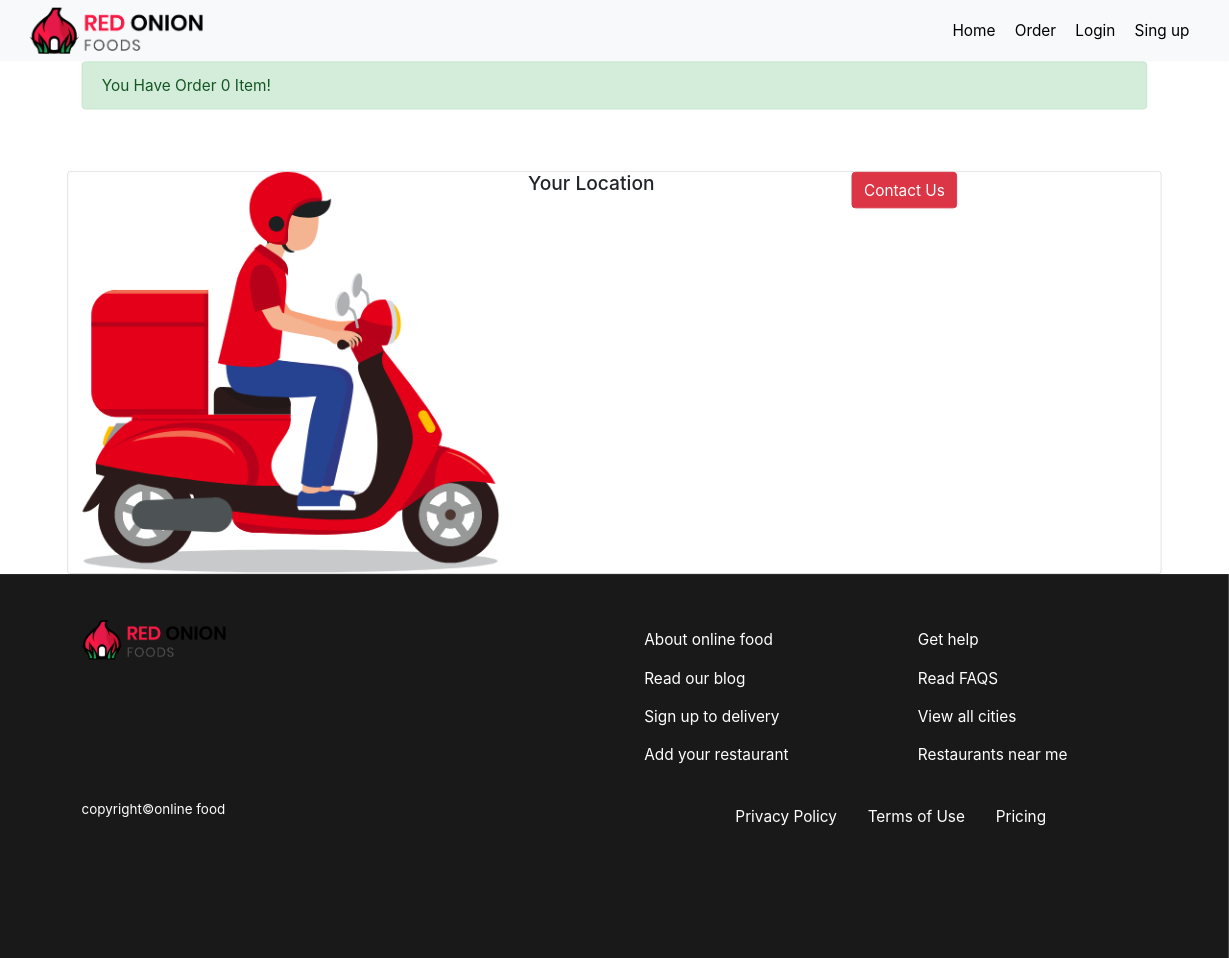
Repository: arif286/red-onion-client
Page: /order
These files come from the project's save history. The page is drawn as it stood at one moment and after the next save; the edit follows.
The browser window is 1280 px wide. The pictures show the whole page, at 96% of full size.
The page's requests for data from a server got no answer. The project was rebuilt for these pictures with package versions that can differ from the ones it lists, and the page was loaded fresh each time. Some packages were replaced by stand-ins written for this rebuild. No one was signed in, and anything a server would have sent is missing. Also part of the build but not shown: src/App.css, src/components/CheckOut/CheckOut.css, src/components/CheckOut/CheckOutForm/CheckOutFrom.js, src/components/CheckOut/CheckOut.js, src/components/SearchBar/SearchBar.css, src/components/SearchBar/SearchBar.js, src/components/FoodDetails/FoodDetail.css, src/components/FoodDetails/FoodDetail.js and 12 more. Imported but missing from the stored project, and not drawn on this page: src/components/CheckOut/Map/Map.

Above is the page before, as saved 2021-04-06 04:41:46.

### public/index.html
<!DOCTYPE html>
<html lang="en">
  <head>
    <meta charset="utf-8" />
    <link rel="icon" href="%PUBLIC_URL%/favicon.ico" />
    <meta name="viewport" content="width=device-width, initial-scale=1" />
    <meta name="theme-color" content="#000000" />
    <meta
      name="description"
      content="Web site created using create-react-app"
    />
    <link rel="apple-touch-icon" href="%PUBLIC_URL%/logo192.png" />
    <!--
      manifest.json provides metadata used when your web app is installed on a
      user's mobile device or desktop. See https://developers.google.com/web/fundamentals/web-app-manifest/
    -->
    <link rel="manifest" href="%PUBLIC_URL%/manifest.json" />

    <!-- <link
      href="https://api.tiles.mapbox.com/mapbox-gl-js/v2.1.1/mapbox-gl.css"
      rel="stylesheet"
    /> -->
    <!--
      Notice the use of %PUBLIC_URL% in the tags above.
      It will be replaced with the URL of the `public` folder during the build.
      Only files inside the `public` folder can be referenced from the HTML.

      Unlike "/favicon.ico" or "favicon.ico", "%PUBLIC_URL%/favicon.ico" will
      work correctly both with client-side routing and a non-root public URL.
      Learn how to configure a non-root public URL by running `npm run build`.
    -->
    <title>Red Onion</title>
  </head>
  <body>
    <noscript>You need to enable JavaScript to run this app.</noscript>
    <div id="root"></div>
    <!--
      This HTML file is a template.
      If you open it directly in the browser, you will see an empty page.

      You can add webfonts, meta tags, or analytics to this file.
      The build step will place the bundled scripts into the <body> tag.

      To begin the development, run `npm start` or `yarn start`.
      To create a production bundle, use `npm run build` or `yarn build`.
    -->
  </body>
</html>

### src/App.js
import "bootstrap/dist/css/bootstrap.min.css";
import React, { createContext, useState } from "react";
import { BrowserRouter as Router, Route, Switch } from "react-router-dom";
import './App.css';
import CheckOut from "./components/CheckOut/CheckOut";
import Map from "./components/CheckOut/Map/Map";
import FoodDetail from "./components/FoodDetails/FoodDetail";
import Footer from "./components/Footer/Footer";
import Header from "./components/Header/Header";
import Home from './components/Home/Home';
import Login from "./components/LogIn/Login";
import Order from "./components/Order/Order";
import SingUp from "./components/SingUp/SingUp";


export const UserContext = createContext();
function App() {
  const [loggedInUser, setLoggedInUser] = useState({});
  return (
    <UserContext.Provider value={[loggedInUser, setLoggedInUser]}>
      <Router>
        <Header />
        <Switch>
          <Route path="/home">
            <Home />
          </Route>
          <Route path="/signUp">
            <SingUp />
          </Route>
          <Route path="/login">
            <Login />
          </Route>
          <Route path="/food/details/:foodId">
            <FoodDetail />
          </Route>
          <Route path='/checkOut'>
            <CheckOut/>
          </Route>
          <Route path='/order'>
            <Order/>
          </Route>
          <Route path='/map'>
            <Map/>
          </Route>
          <Route exact path="/">
            <Home/>
          </Route>
        </Switch>
        <Footer />
      </Router>
    </UserContext.Provider>
  );

}

export default App;

### src/components/Footer/Footer.js
import React from 'react';
import { NavLink } from 'react-bootstrap';
import Logo from '../../onion-restaurent/logo2.png';
import './Footer.css';

const Footer = () => {
    return (
      <footer>
        <div className="container">
          <div className="row pt-5">
            <div className="col-md-6 col-sm-12 pb-4">
              <img className="footer-img" src={Logo} alt="" />
            </div>
            <div className="col-md-3 col-sm-12 pb-4">
              <ul className="nav flex-column">
                <li className="nav-item">
                  <NavLink
                    className="nav-link active footer-link"
                    aria-current="page"
                    to="/"
                  >
                    About online food
                  </NavLink>
                </li>
                <li className="nav-item">
                  <NavLink className="nav-link footer-link" to="/">
                    Read our blog
                  </NavLink>
                </li>
                <li className="nav-item">
                  <NavLink className="nav-link footer-link" to="/">
                    Sign up to delivery
                  </NavLink>
                </li>
                <li className="nav-item">
                  <NavLink className="nav-link footer-link" to="/">
                    Add your restaurant
                  </NavLink>
                </li>
              </ul>
            </div>
            <div className="col-md-3 col-sm-12 pb-4">
              <ul className="nav flex-column">
                <li className="nav-item">
                  <NavLink
                    className="nav-link footer-link"
                    aria-current="page"
                    to="/"
                  >
                    Get help
                  </NavLink>
                </li>
                <li className="nav-item">
                  <NavLink className="nav-link footer-link" to="/">
                    Read FAQS
                  </NavLink>
                </li>
                <li className="nav-item">
                  <NavLink className="nav-link footer-link" to="/">
                    View all cities
                  </NavLink>
                </li>
                <li className="nav-item">
                  <NavLink className="nav-link footer-link" to="/">
                    Restaurants near me
                  </NavLink>
                </li>
              </ul>
            </div>
          </div>

          <div className="row">
            <div className="col-md-7">
              <p className='copy-right'>
                <small>
                  copyright<span>&#169;</span>online food
                </small>
              </p>
            </div>
            <div className="col-md-5">
              <div className='d-flex'>
                <NavLink className="footer-link">Privacy Policy</NavLink>
                <NavLink className="footer-link">Terms of Use</NavLink>
                <NavLink className="footer-link">Pricing</NavLink>
              </div>
            </div>
          </div>
        </div>
      </footer>
    );
};

export default Footer;

### src/components/Header/Header.js
import { faShoppingCart } from "@fortawesome/free-solid-svg-icons";
import { FontAwesomeIcon } from "@fortawesome/react-fontawesome";
import React from 'react';
import { NavLink } from "react-router-dom";
import logo from '../../onion-restaurent/logo2.png';
import './Header.css';
const cart = <FontAwesomeIcon icon={faShoppingCart} />;
const Header = () => {
    const header = {
        logo : {width: '180px'}
    }
    return (
      <div>
        <nav className="navbar navbar-expand-lg navbar-light bg-light">
          <div className="container-fluid">
            <div>
              <img style={header.logo} src={logo} alt="" />
            </div>
            <button
              className="navbar-toggler"
              type="button"
              data-bs-toggle="collapse"
              data-bs-target="#navbarNav"
              aria-controls="navbarNav"
              aria-expanded="false"
              aria-label="Toggle navigation"
            >
              <span className="navbar-toggler-icon"></span>
            </button>
            <div
              className="collapse  navbar-collapse justify-content-end"
              id="navbarNav"
            >
              <ul className="navbar-nav align-items-center">
                <li className="nav-item">
                  <NavLink className="header-link" to="/">
                    Home
                  </NavLink>
                </li>
                <li className="nav-item">
                  <NavLink className="header-link" to="/order">
                    Order
                  </NavLink>
                </li>
                <li className="nav-item">
                  <NavLink className="header-link" to="/login">
                    Login
                  </NavLink>
                </li>
                <li className="nav-item">
                  <NavLink className="header-link" to="/signUp">
                    Sing up
                  </NavLink>
                </li>
              </ul>
            </div>
          </div>
        </nav>
      </div>
    );
};

export default Header;

### src/components/Order/Order.js
import axios from "axios";
import React, { useContext, useEffect, useState } from "react";
import { Alert, Card, Col, Container, Row } from "react-bootstrap";
import { UserContext } from "../../App";
import delivery from "../../onion-restaurent/Image/Group 1151.png";


const Order = () => {
  const [order, setOrder] = useState([]);
  const [loggedInUser, setLoggedInUser] = useContext(UserContext);

  useEffect(() => {
    axios.get(`http://localhost:5000/orderDetails?email=${loggedInUser.email}`)
      .then(res => {
        console.log(res.data)
        setOrder(res.data)
      })
      .catch(err => console.log(err));
  }, [loggedInUser.email]);
  const {address, date, foodName, picture, name, totalPrice} = order;
  return (
    <Container>
      <Alert variant="success">You Have Order {order.length} Item!</Alert>
      <Row className="justify-content-between">
        {order.map((item) => (
          <Col xs={12} sm={3}>
            <Card className="d-flex">
              <img src={item.picture} alt="" />
              <Card.Body>
                <Card.Title>{item.foodName}</Card.Title>
                <Card.Text>quantity: ${item.quantity}</Card.Text>
                <Card.Text>Total: ${item.totalPrice}</Card.Text>
              </Card.Body>
            </Card>
          </Col>
        ))}
      </Row>
      <Row className="mt-5">
        <Col>
          <Card className="row flex-row justify-content-around">
            <div className='col'>
              <img  src={delivery} alt="" />
            </div>
            <div className='col'>
              <h5>Your Location</h5>
              <p>{order[0]?.address}</p>
              <p>{order[0]?.date}</p>
            </div>
            <div className='col'>
              <button className='btn btn-danger'>
                Contact Us
              </button>
            </div>
          </Card>
        </Col>
      </Row>
    </Container>
  );
};

export default Order;

### src/components/Footer/Footer.css
.footer-img {
  width: 150px;
}
footer {
  background-color: #191919;
  height: 400px;
}
.footer-link {
  color: white;
}
.footer-link:hover {
  color: #878787;
}
.copy-right {
  color: white;
}

### src/components/Header/Header.css
.header-link {
  color: black;
  display: inline-block;
  padding: 10px;
}
.header-link:hover {
  text-decoration: none;
  color: #777777;
}
.cart-btn {
  border: none;
  background: none;
}

Loaded but not shown: src/index.js (common file); src/index.css (common file); src/reportWebVitals.js (common file)

After the next save:
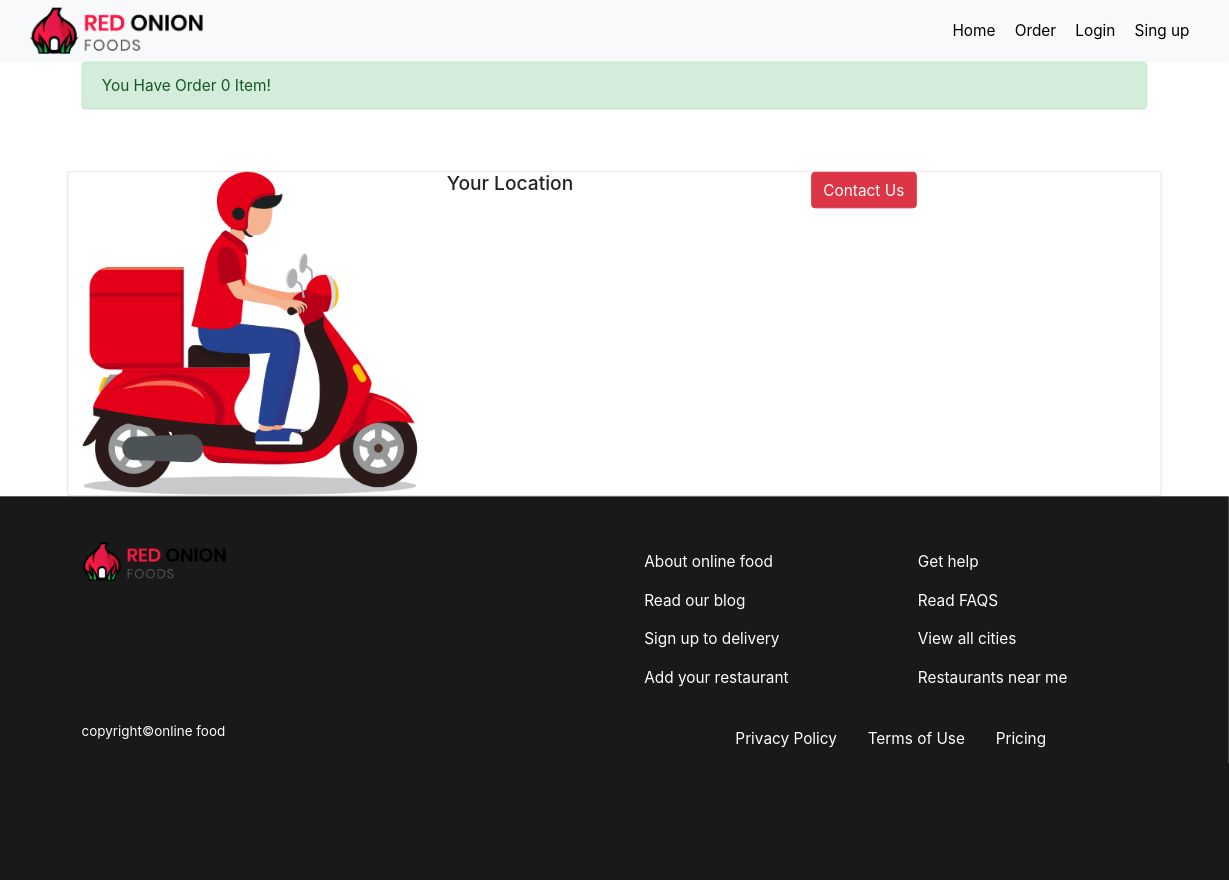
Saved 15 s later.
--- a/src/components/Order/Order.js
+++ b/src/components/Order/Order.js
@@ -39,7 +39,7 @@ const Order = () => {
         <Col>
           <Card className="row flex-row justify-content-around">
             <div className='col'>
-              <img  src={delivery} alt="" />
+              <img className='img-fluid' src={delivery} alt="" />
             </div>
             <div className='col'>
               <h5>Your Location</h5>
